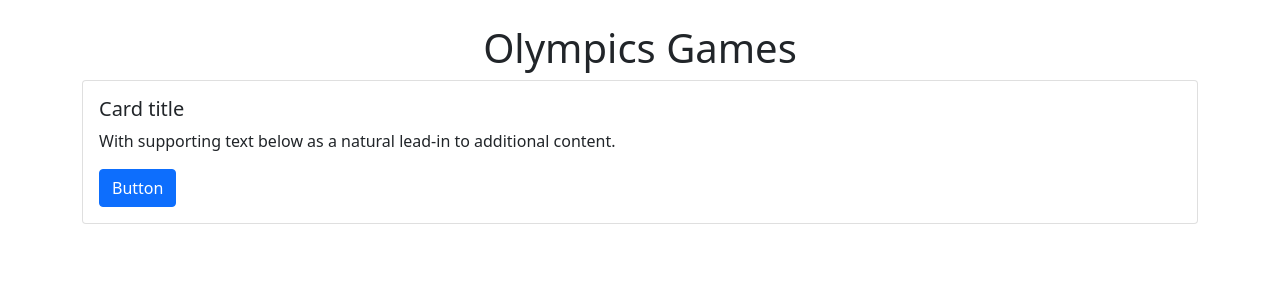
Repository: ahmedazawi/olympic_games
Page: client/views/index.html
An editor plug-in stored every save of this project. The page is shown before and after the next save, followed by the edit.
The browser window is 1280 px wide. The pictures show the whole page.

Above is the page before, as saved 2021-12-24 12:53:00.

### client/views/index.html
<!DOCTYPE html>
<html lang="en">

<head>
    <meta charset="UTF-8">
    <meta http-equiv="X-UA-Compatible" content="IE=edge">
    <meta name="viewport" content="width=device-width, initial-scale=1.0">
    <link href="https://cdn.jsdelivr.net/npm/bootstrap@5.1.3/dist/css/bootstrap.min.css" rel="stylesheet"
        integrity="sha384-1BmE4kWBq78iYhFldvKuhfTAU6auU8tT94WrHftjDbrCEXSU1oBoqyl2QvZ6jIW3" crossorigin="anonymous">
    <link rel="stylesheet" href="/css/index.css">
    <title>Home</title>
</head>

<body>
    <div class="background-img">
        <img>

    </div>

    <div class="body-container d-flex flex-column align-items-center w-100">
        <h1 class="">Olympics Games</h1>
        <div class="container">
            <div class="row g-4">
                <div class="col-12">
                    <div class="card w-100">
                        <div class="card-body">
                            <h5 class="card-title">Card title</h5>
                            <p class="card-text">With supporting text below as a natural lead-in to additional content.
                            </p>
                            <a href="#" class="btn btn-primary">Button</a>
                        </div>
                    </div>
                </div>
            </div>
        </div>
    </div>

    <script src="https://cdn.jsdelivr.net/npm/bootstrap@5.1.3/dist/js/bootstrap.bundle.min.js"
        integrity="sha384-ka7Sk0Gln4gmtz2MlQnikT1wXgYsOg+OMhuP+IlRH9sENBO0LRn5q+8nbTov4+1p"
        crossorigin="anonymous"></script>
</body>

</html>

### client/assets/css/index.css
* {
  --appColor: rgb(63, 62, 85);
  color: var(var(--appColor));
}

After the next save:
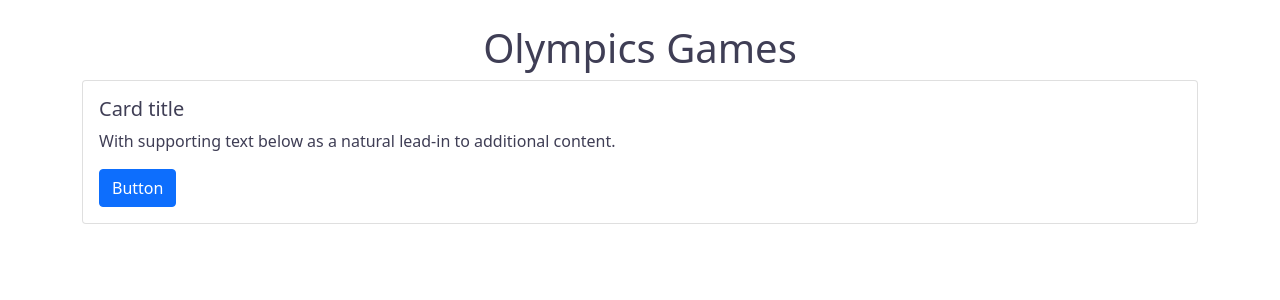
Saved 20 s later.
--- a/client/assets/css/index.css
+++ b/client/assets/css/index.css
@@ -1,4 +1,4 @@
 * {
   --appColor: rgb(63, 62, 85);
-  color: var(var(--appColor));
+  color: var(--appColor);
 }
